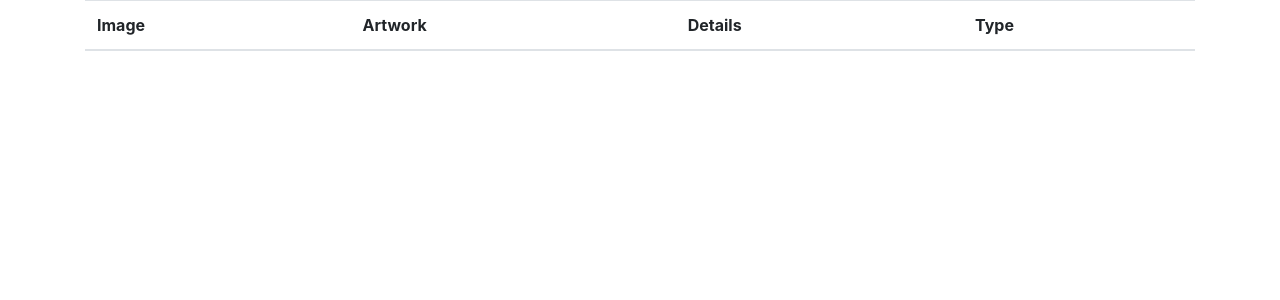
Repository: lynette-lyf/artwork-inventory
Page: http://localhost/
The author's editor kept a record of every edit. The page is drawn from the files as they stood at one moment, then again after the next edit.
The browser window is 1280 px wide. The pictures show the whole page.
The page is served by the project's application, run on Flask 3 (app.py). Queries for data that is not in the repository find no rows.

Above is the page before.

After the next edit:
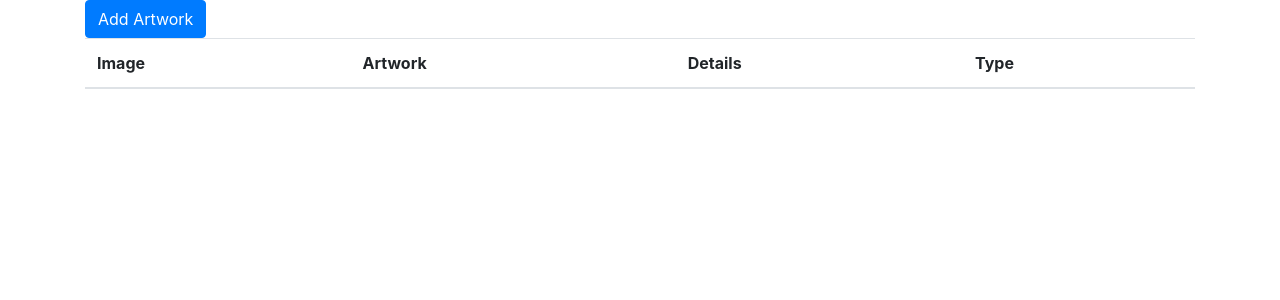
The edit:
--- a/templates/index.template.html
+++ b/templates/index.template.html
@@ -12,6 +12,11 @@
   </head>
   <body>
     <div class='container'>
+
+        <a href="add-artwork" class="btn btn-primary">
+            Add Artwork
+        </a>
+
         <table class='table'>
             <thead>
                 <tr>
